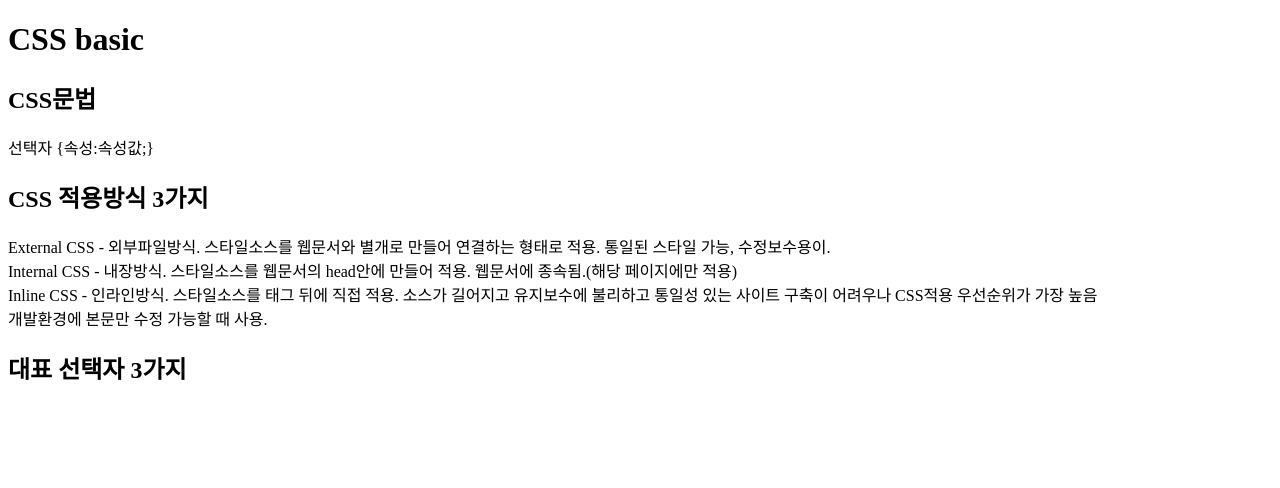
Repository: Git-Seokcoding/WEB
Page: CSS3/src/main/webapp/basic.html
The author's editor kept a copy of each file at every save. The page is drawn from the files as they stood at one save, then again after the next save.
The browser window is 1280 px wide. The pictures show the whole page.

Above is the page before, as saved 2023-10-12 07:33:21.

After the next save:
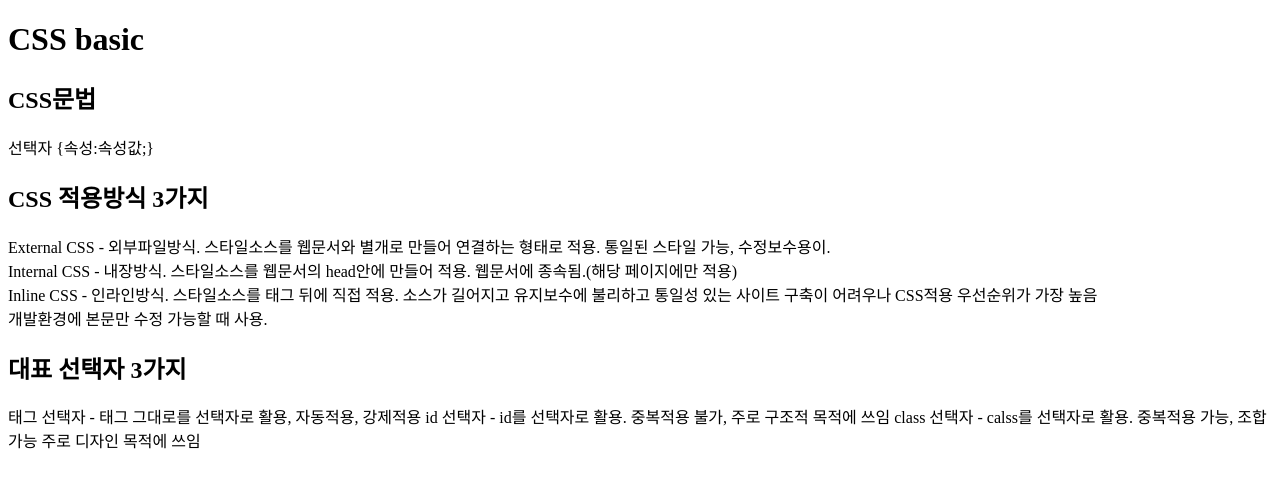
Saved 7 min 25 s later.
--- a/CSS3/src/main/webapp/basic.html
+++ b/CSS3/src/main/webapp/basic.html
@@ -19,6 +19,8 @@
 		개발환경에 본문만 수정 가능할 때 사용.
 
 	<h2>대표 선택자 3가지</h2>
-
+	태그 선택자  - 태그 그대로를 선택자로 활용, 자동적용, 강제적용
+	id 선택자 - id를 선택자로 활용. 중복적용 불가, 주로 구조적 목적에 쓰임
+	class 선택자 - calss를 선택자로 활용. 중복적용 가능, 조합가능 주로 디자인 목적에 쓰임
 </body>
 </html>
